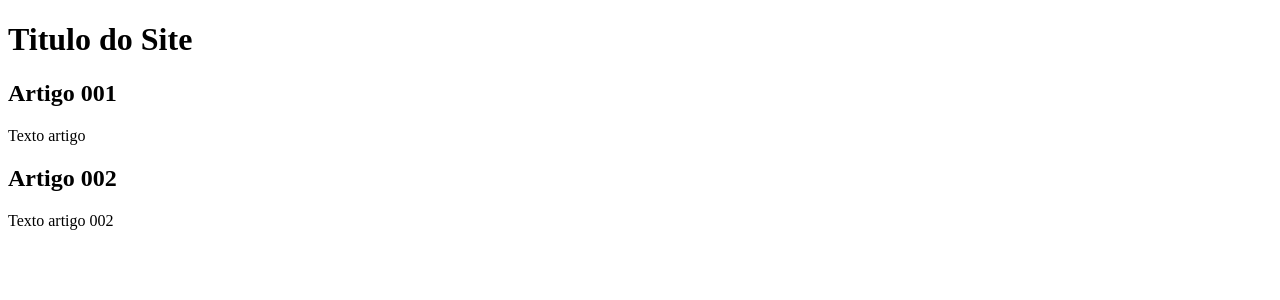
Repository: robertacristinaabreu01/projeto-siteGitHub
Page: index.html
An editor plug-in stored every save of this project. The page is shown before and after the next save, followed by the edit.
The browser window is 1280 px wide. The pictures show the whole page.

Above is the page before, as saved 2021-01-23 21:39:25.

After the next save:
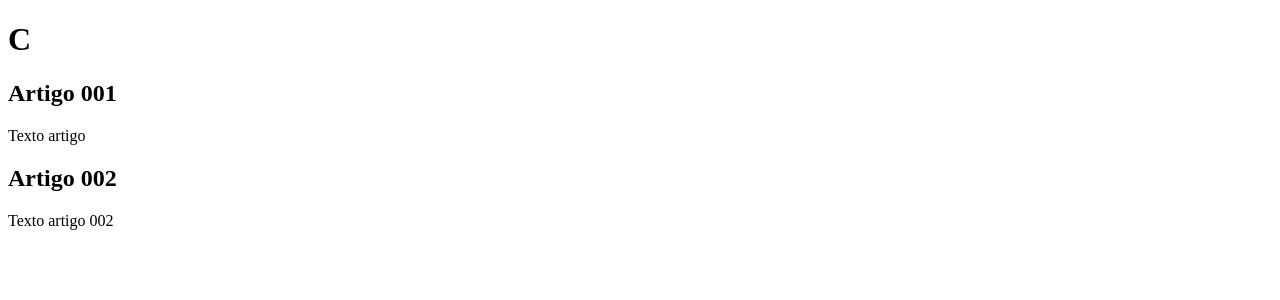
Saved 6 s later.
--- a/index.html
+++ b/index.html
@@ -10,7 +10,7 @@
 <body>
     <main>
         <header>
-            <h1>Titulo do Site</h1>
+            <h1>C</h1>
         </header>
         <article>
             <h1>Artigo 001</h1>
